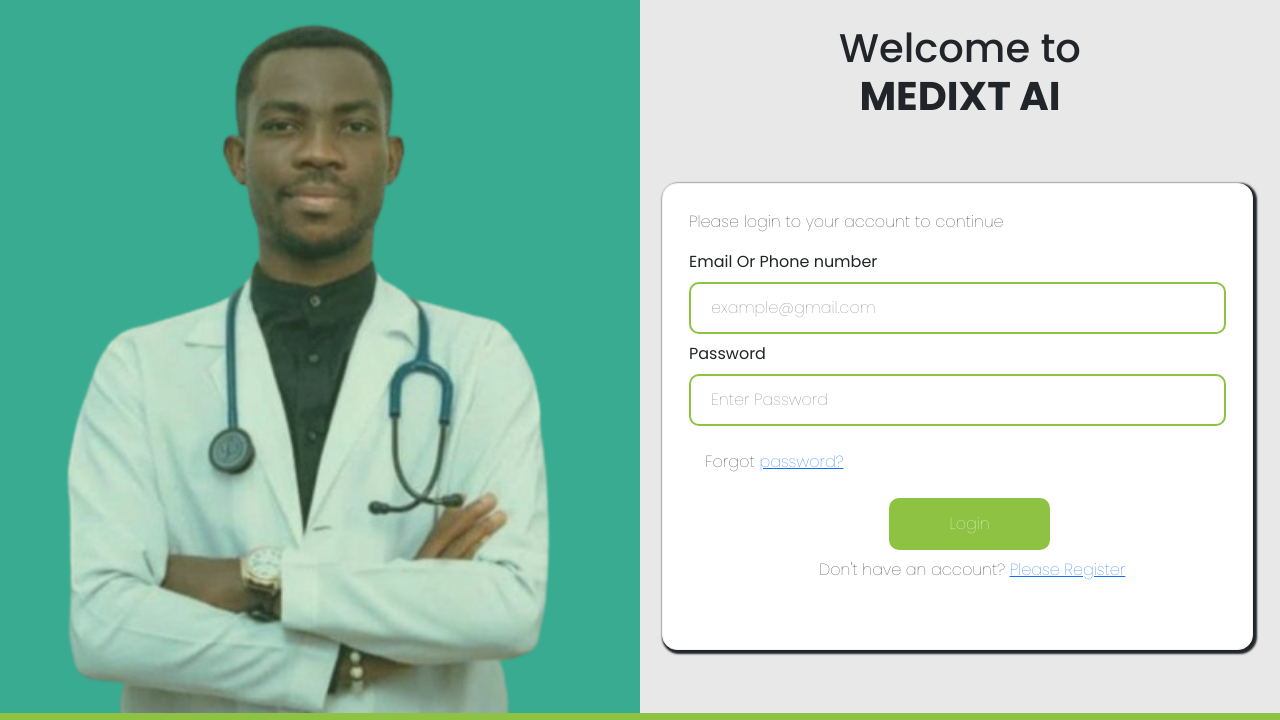
Repository: ChidexStanley/MEDIXT-AI
Page: login.html
The author's editor kept a copy of each file at every save. The page is drawn from the files as they stood at one save, then again after the next save.
The browser window is 1280 px wide. The pictures show the whole page.

Above is the page before, as saved 2024-07-15 02:32:09.

After the next save:
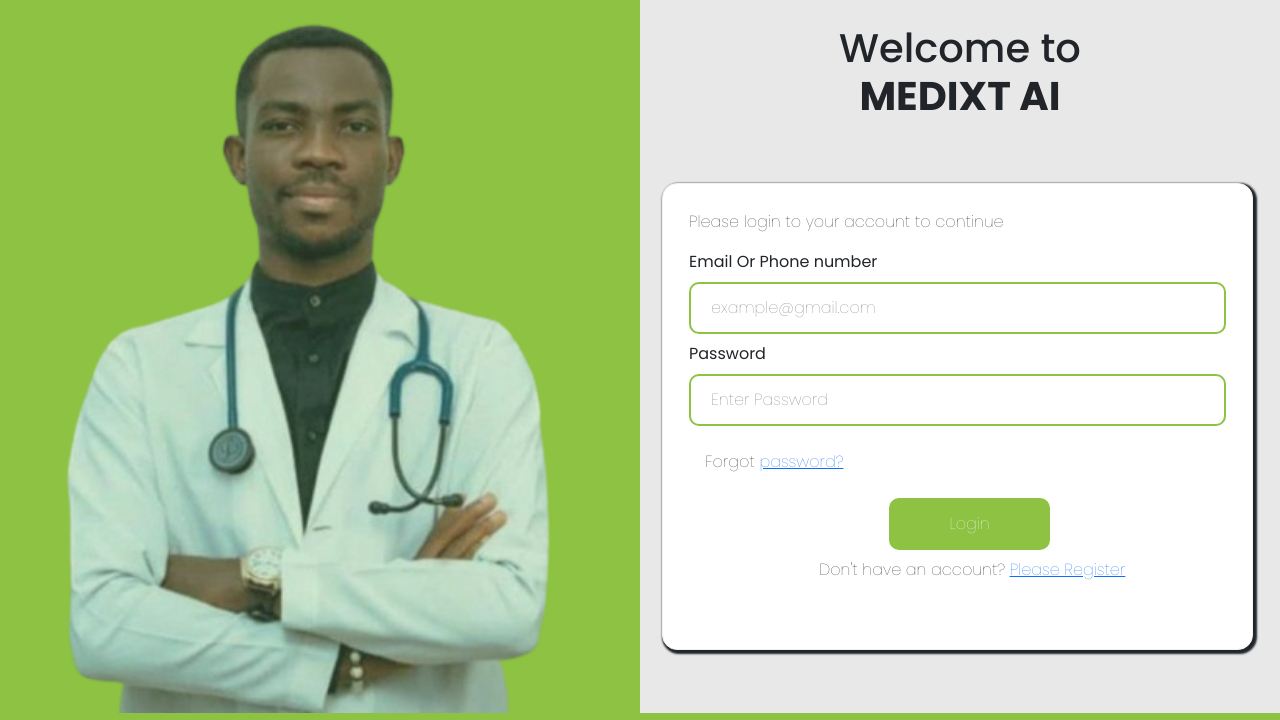
Saved 58 s later.
--- a/login.html
+++ b/login.html
@@ -16,7 +16,7 @@
   <body>
     <div class="container-fluid">
         <div class="row">
-            <div class="col-md-6" style="background-color: #1CA4AC; opacity: 75%;">
+            <div class="col-md-6" style="background-color: #8DC242; opacity: 75%;">
                 <img class="img1" src="assets/images/doc.png" alt="">
             </div>
             <div class="col-md-6" style="background-color: #E8E8E8;">
